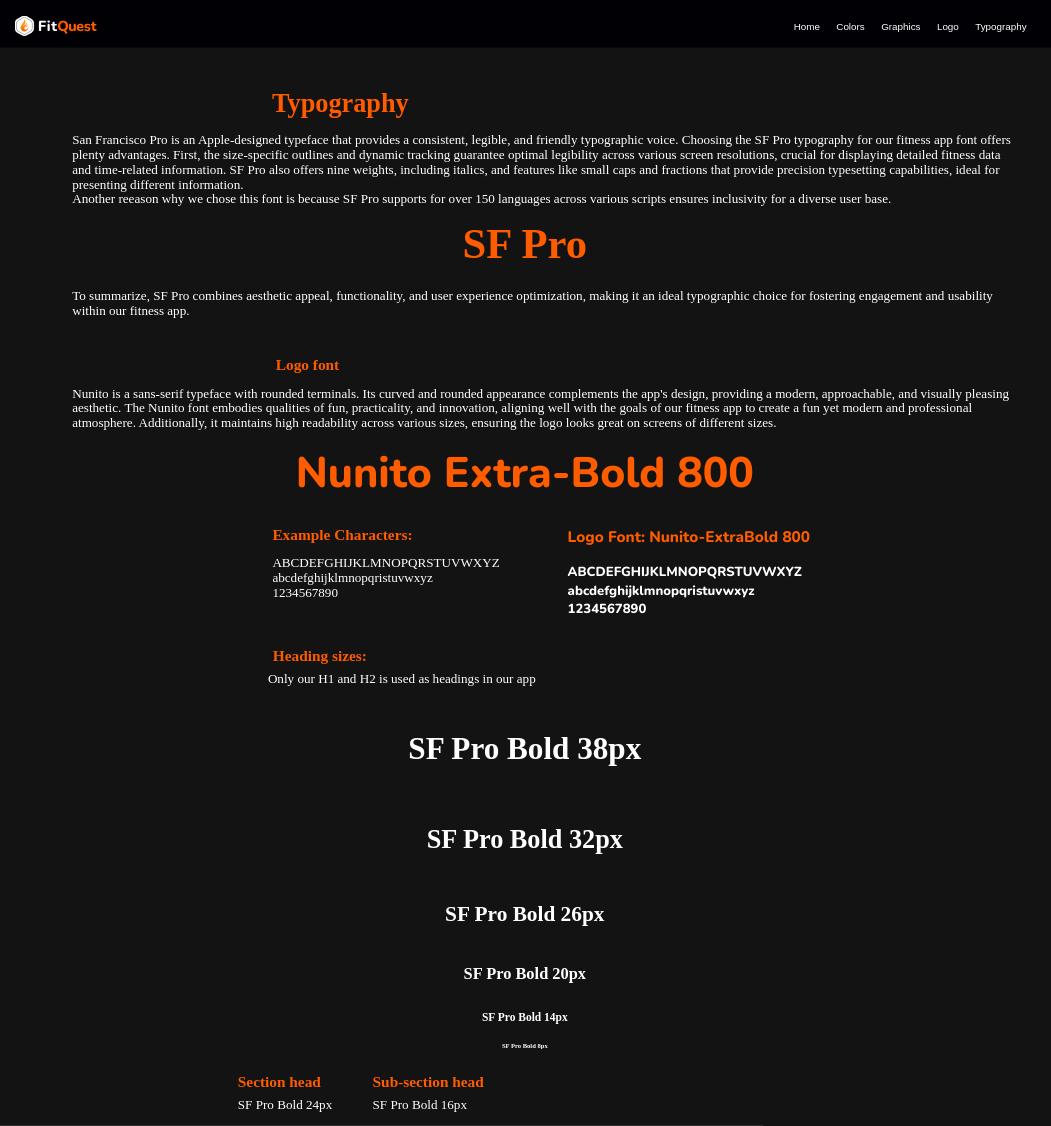
Repository: KyannaKrueger/a5styleguide
Page: /typography
The author's editor kept a copy of each file at every save. The page is drawn from the files as they stood at one save, then again after the next save.
The browser window is 1280 px wide. The page is 1282 px wide, so the pictures cover 1282 px, including what lies to the right of the window. The pictures show the whole page, at 82% of full size.
The project was rebuilt for these pictures with package versions that can differ from the ones it lists, and the page was loaded fresh each time. The framework's server and built-in components were replaced by stand-ins that run in the browser. Also part of the build but not shown: next.config.mjs.

Above is the page before, as saved 2024-04-07 19:21:30.

### pages/typography.js
import styles from "@/styles/typography.module.css";
import Header from "@/components/Header";
import Head from 'next/head';

export default function Typography() {
    return (
      <>
      <Head>
        <title>Your Page Title</title>
        <link rel="preconnect" href="https://fonts.googleapis.com" />
        <link rel="preconnect" href="https://fonts.gstatic.com" crossOrigin="true" />
        <link href="https://fonts.googleapis.com/css2?family=Nunito:ital,wght@0,200..1000;1,200..1000&display=swap" rel="stylesheet" />
      </Head>
      <Header/>
        <main className={styles.typography}>
        <h1 className={styles.typoTitle}>Typography</h1>
        <p className={styles.typoText}>San Francisco Pro is an Apple-designed typeface that provides a consistent, legible, and friendly typographic voice.

            Choosing the SF Pro typography for our fitness app font offers plenty advantages. First, the size-specific outlines and dynamic tracking guarantee optimal legibility across various screen resolutions, crucial for displaying detailed fitness data and time-related information.

            SF Pro also offers nine weights, including italics, and features like small caps and fractions that provide precision typesetting capabilities, ideal for presenting different information.<br/>

            Another reeason why we chose this font is because SF Pro supports for over 150 languages across various scripts ensures inclusivity for a diverse user base.</p>
        <h1 className={styles.bigSF}>SF Pro</h1>
        <p className={styles.typoText}>To summarize, SF Pro combines aesthetic appeal, functionality, and user experience optimization, making it an ideal typographic choice for fostering engagement and usability within our fitness app.</p>
        <h3 className={styles.logoH}>Logo font</h3>
        <p className={styles.logoTypoText}>Nunito is a sans-serif typeface with rounded terminals. Its curved and rounded appearance complements the app's design, providing a modern, approachable, and visually pleasing aesthetic. The Nunito font embodies qualities of fun, practicality, and innovation, aligning well with the goals of our fitness app to create a fun yet modern and professional atmosphere. Additionally, it maintains high readability across various sizes, ensuring the logo looks great on screens of different sizes.</p>
        <h1 className={styles.bigNuni}>Nunito Extra-Bold 800</h1>
        <div className={styles.exampleContainer}>
          <div className={styles.mainExContainer}>
              <h3 className={styles.characterH}>Example Characters:</h3>
              <p className={styles.characters}>ABCDEFGHIJKLMNOPQRSTUVWXYZ<br/>abcdefghijklmnopqristuvwxyz<br/>1234567890</p>
          </div>
          <div className={styles.logoExContainer}>
              <h3 className={styles.logoExH}>Logo Font: Nunito-ExtraBold 800</h3>
              <p className={styles.charactersLogo}>ABCDEFGHIJKLMNOPQRSTUVWXYZ<br/>abcdefghijklmnopqristuvwxyz<br/>1234567890</p>
          </div>
        </div>
        <h3 className={styles.headingH}>Heading sizes:</h3>
        <p className={styles.headingDescript}>Only our H1 and H2 is used as headings in our app</p>
        <p className={styles.hOne}>SF Pro Bold 38px</p>
        <p className={styles.hTwo}>SF Pro Bold 32px</p>
        <p className={styles.hThree}>SF Pro Bold 26px</p>
        <p className={styles.hFour}>SF Pro Bold 20px</p>
        <p className={styles.hFive}>SF Pro Bold 14px</p>
        <p className={styles.hSix}>SF Pro Bold 8px</p>
        <div className={styles.subContainer}>
          <div className={styles.subCon}>
            <h3 className={styles.sec}>Section head</h3>
            <p className={styles.sub}>SF Pro Bold 24px</p>
          </div>
          <div className={styles.subCon}>
            <h3 className={styles.sec}>Sub-section head</h3>
            <p className={styles.sub}>SF Pro Bold 16px</p>
          </div>
        </div>
        </main>
      </>
    );
  }

### styles/typography.module.css
.typography {
    display: flex;
    flex-direction: column;
    align-items: center;
    text-align: left;
    padding: 6rem;
    min-height: 90vh;
    background-color: #131313;
    margin:-10px;
    padding: 0px;
    font-family: SF pro;
    position: relative;
  }

  .typoTitle{
    color: #ff5c00;
    margin-left: -450px;
    margin-bottom: -8px;
    margin-top: 50px;

  }

  .typoText {
    color:#ffffff;
    font-family: SF pro;
    font-size: 16px;
    padding: 40px;
    margin-top: -15px;
    margin-left: 50px;
  }

  .bigSF {
    color: #ff5c00;
    font-size: 52px;
    margin-top: -40px;
    margin-bottom: 0px;
  }

  .logoH{
    color: #ff5c00;
    text-align: left;
    margin-left: -530px;
    margin-top: -10px;
    margin-bottom: -10px;
  }

  .logoTypoText{
    color:#ffffff;
    font-family: SF pro;
    font-size: 16px;
    padding: 40px;
    margin-top: -15px;
    margin-left: 50px;
  }

  .bigNuni{
    color: #ff5c00;
    font-size: 52px;
    margin-top: -40px;
    margin-bottom: 0px;
    font-family: Nunito;
    font-weight: 800;
    margin-bottom: 50px;
  }

  .characterH {
    color: #ff5c00;
    text-align: left;
    margin-left: -360px;
    margin-top: -20px;
  }

.characters {
    color: #ffffff;
    margin-left: -360px;
    margin-top: -5px;
}

.headingH {
    color: #ff5c00;
    text-align: left;
    margin-left: -500px;
    margin-top: 20px;
  }

.exampleContainer {
    display: flex;
    flex-direction: row;
    justify-content: space-between;
    margin-left: 400px;
}

.mainExContainer {
    display: flex;
    flex-direction: column;
}

.logoExContainer {
    display: flex;
    flex-direction: column;
    margin-top: -20px;
}

.logoExH {
    color: #ff5c00;
    text-align: left;
    margin-left: 0px;
    margin-top: 0px;
    font-family: Nunito;
    font-weight: 800;
  }

  .charactersLogo{
    color: #ffffff;
    margin-left: 0px;
    margin-top: 0px;
    font-family: Nunito;
    font-weight: 800;
}

.headingDescript {
    color: #fff;
    margin-left: -300px;
    margin-top: -10px;
}

.hOne {
    font-family: SF Pro;
    font-weight:bold;
    color:#fff;
    font-size: 38px;
}

.hTwo {
    font-family: SF Pro;
    font-weight:bold;
    color:#fff;
    font-size: 32px;
}

.hThree {
    font-family: SF Pro;
    font-weight:bold;
    color:#fff;
    font-size: 26px;
}

.hFour {
    font-family: SF Pro;
    font-weight:bold;
    color:#fff;
    font-size: 20px;
}

.hFive {
    font-family: SF Pro;
    font-weight:bold;
    color:#fff;
    font-size: 14px;
}

.hSix {
    font-family: SF Pro;
    font-weight:bold;
    color:#fff;
    font-size: 8px;
}

.subContainer {
    display: flex;
    flex-direction: row;
    justify-content: space-between;
    margin-left: -100px;
}

.subCon {
    display: flex;
    flex-direction: column;
    justify-content: space-between;
    margin-left: -300px;
}

.sec {
    color: #ff5c00;
    text-align: left;
    margin-top: 20px;
}

.sub {
    color: #fff;
    margin-top: -10px;
}

### components/Header/index.js
import styles from './header.module.css';
import Link from 'next/link';

export default function Header() {
  return (
    <>
      <main className={styles.header}>
        <div className={styles.logoContainer}>
          <Link href="/">
            <img src="/fQDarkLogo.svg" className={styles.logo} alt="FitQuest Logo" />
          </Link>
        </div>
        <nav className={styles.navBarContainer}>
          <ul className={styles.navBar}>
            <li className={styles.navItem}>
              <Link href="/" className={styles.headLink}>
                Home
              </Link>
            </li>
            <li className={styles.navItem}>
              <Link href="/colors" className={styles.headLink}>
                Colors
              </Link>
            </li>
            <li className={styles.navItem}>
              <Link href="/graphics" className={styles.headLink}>
                Graphics
              </Link>
            </li>
            <li className={styles.navItem}>
              <Link href="/logo" className={styles.headLink}>
                Logo
              </Link>
            </li>
            <li className={styles.navItem}>
              <Link href="/typography" className={styles.headLink}>
                Typography
              </Link>
            </li>
          </ul>
        </nav>
      </main>
    </>
  );
}

### components/Header/header.module.css
.header {
        background-color: #000005;
        color: #fff;
        font-family: 'Lucida Sans', 'Lucida Sans Regular', 'Lucida Grande', 'Lucida Sans Unicode', Geneva, Verdana, sans-serif;
        font-size: 12px;
        height: 70px;
        display: flex;
        justify-content: space-between;
        align-items: center;
        margin: -10px;
      }

      .logoContainer {
        margin-left: 20px;
      }

      .logo {
        width: 100px;
        height: auto;
      }

      .navBarContainer {
        margin-right: 20px;
      }

      .navBar {
        list-style-type: none;
        display: flex;
        justify-content: flex-end;
        padding: 0;
        margin: 0;
      }

      .navItem {
        padding: 0 10px;
      }

      .headLink {
        color: #fff;
        text-decoration: none;
        font-family: 'SF Pro', sans-serif;
      }

      .headLink:hover {
        color: #FF5C00;
      }

Loaded but not shown: pages/_app.js (common file); pages/_document.js (common file); styles/globals.css (common file)

After the next save:
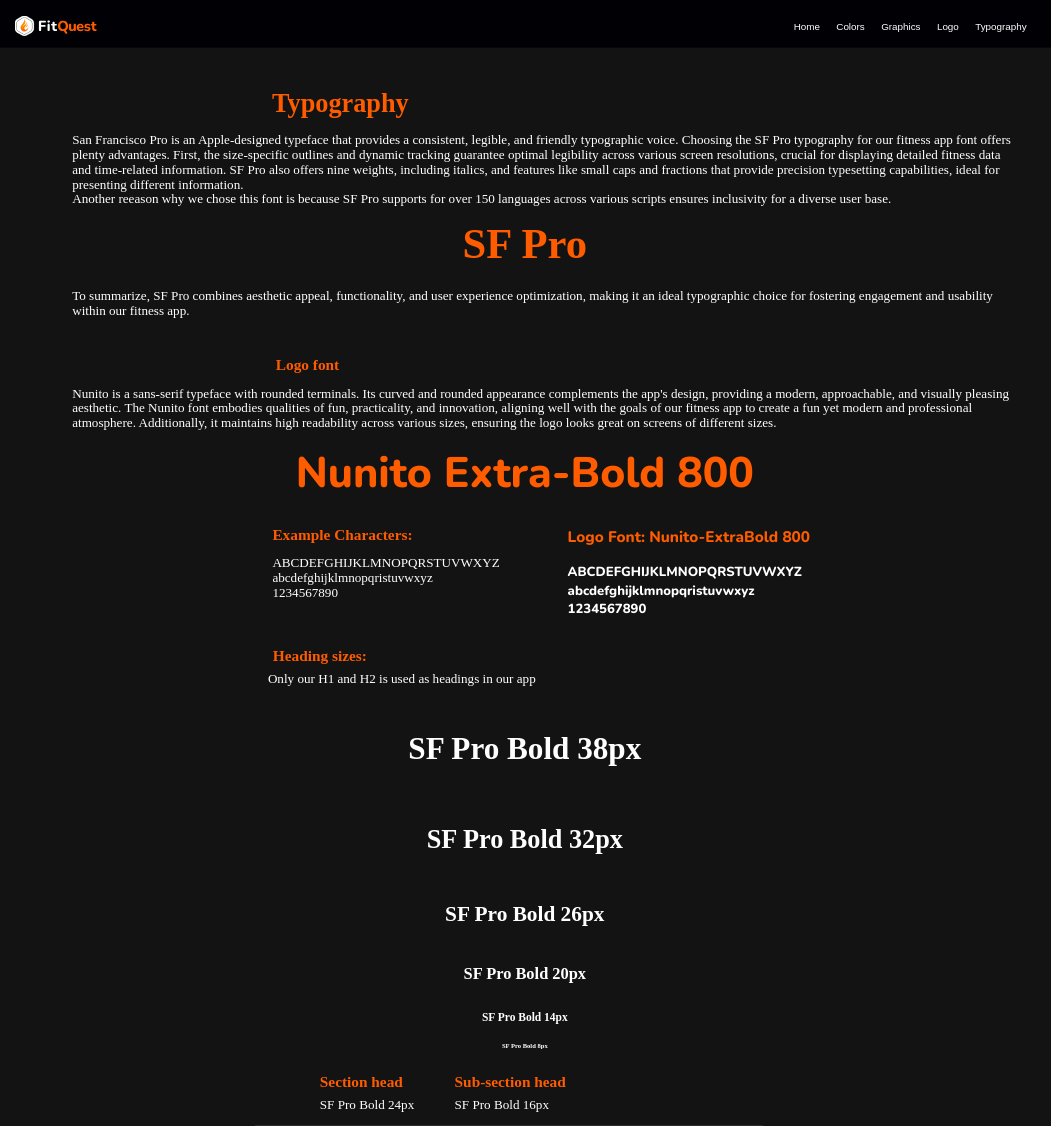
Saved 4 s later.
--- a/styles/typography.module.css
+++ b/styles/typography.module.css
@@ -170,7 +170,7 @@
     display: flex;
     flex-direction: row;
     justify-content: space-between;
-    margin-left: -100px;
+    margin-left: 100px;
 }
 
 .subCon {
